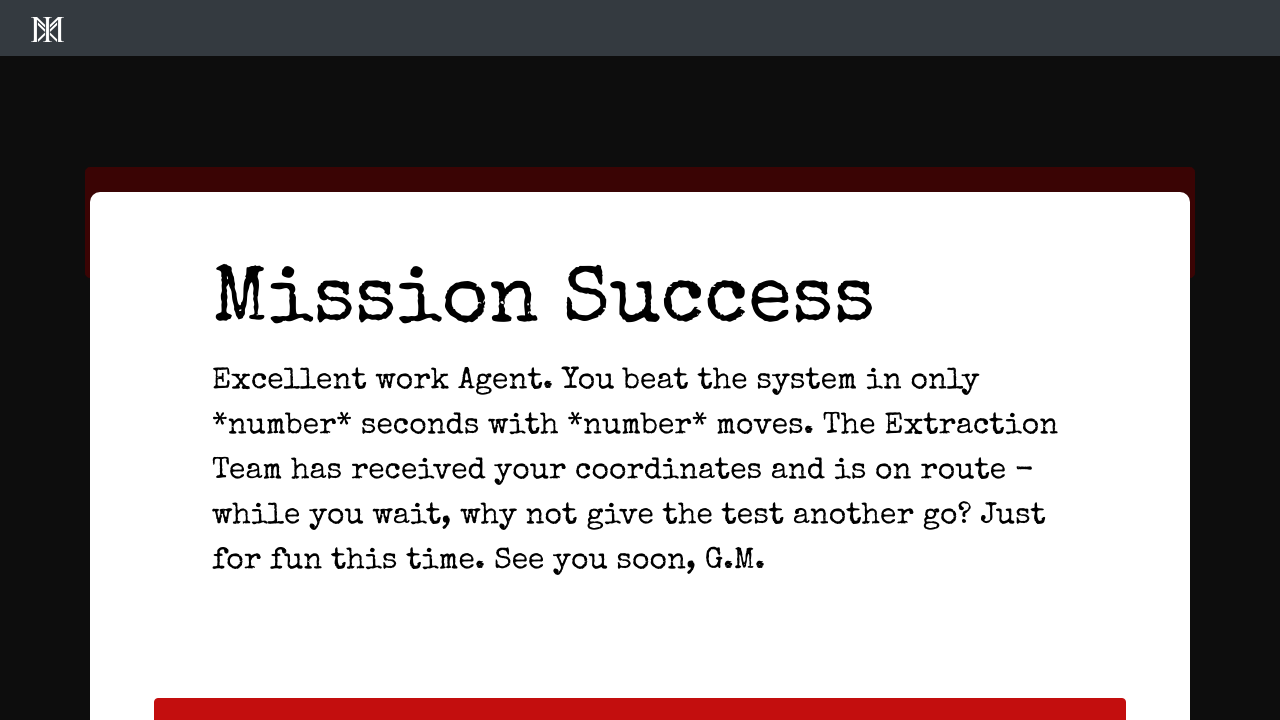
Repository: Code-Institute-Submissions/Milestone-25
Page: index.html
The author's editor kept a record of every edit. The page is drawn from the files as they stood at one moment, then again after the next edit.
The browser window is 1280 px wide. The pictures show the window.
A layer covers the whole window, so only the first screen is drawn. Some web libraries are served in a nearby version.

Above is the page before.
Console error (its wording comes from the project's code and is left out).

After the next edit:
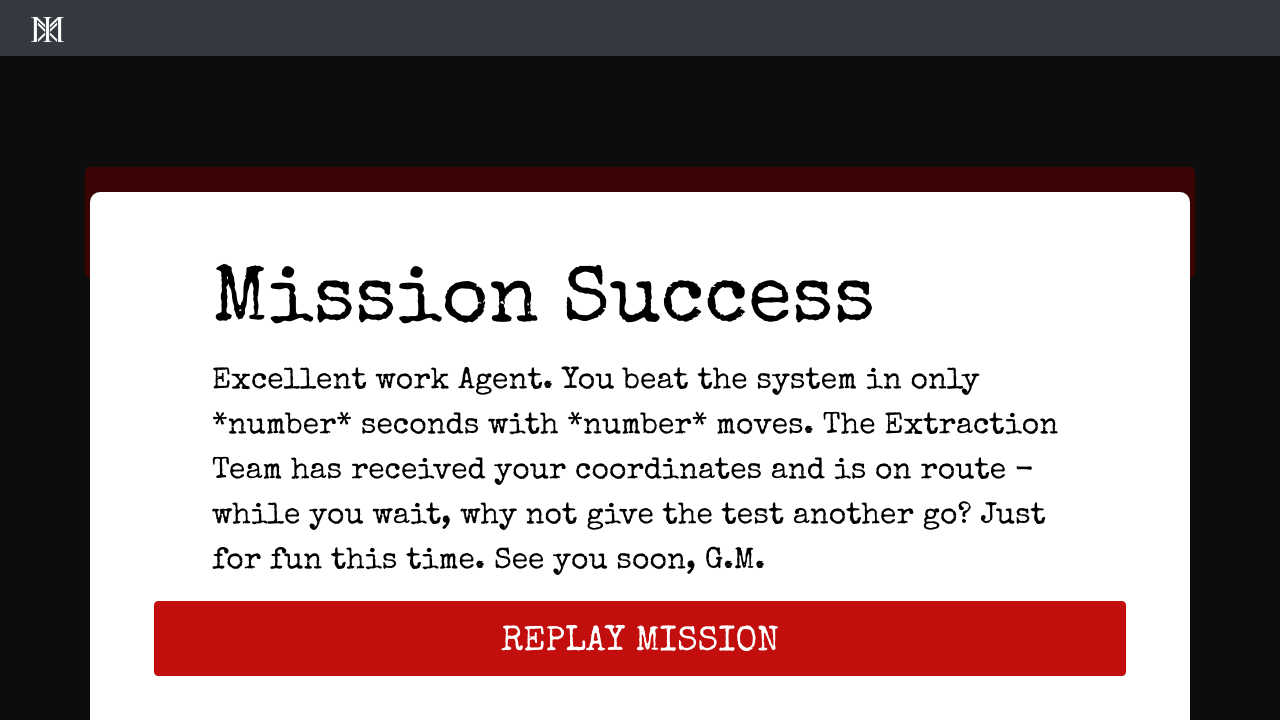
The edit:
--- a/assets/css/style.css
+++ b/assets/css/style.css
@@ -218,8 +218,7 @@
 .btn-replay {
     background-color: #c30e0e;
     border-color: #c30e0e;
-    margin-top: 10%;
-    margin-bottom: 10%;
-    font-size: 350%;
+    font-size: 175%;
+    color: #ffffff;
     padding-top: 1.5%;
 }
